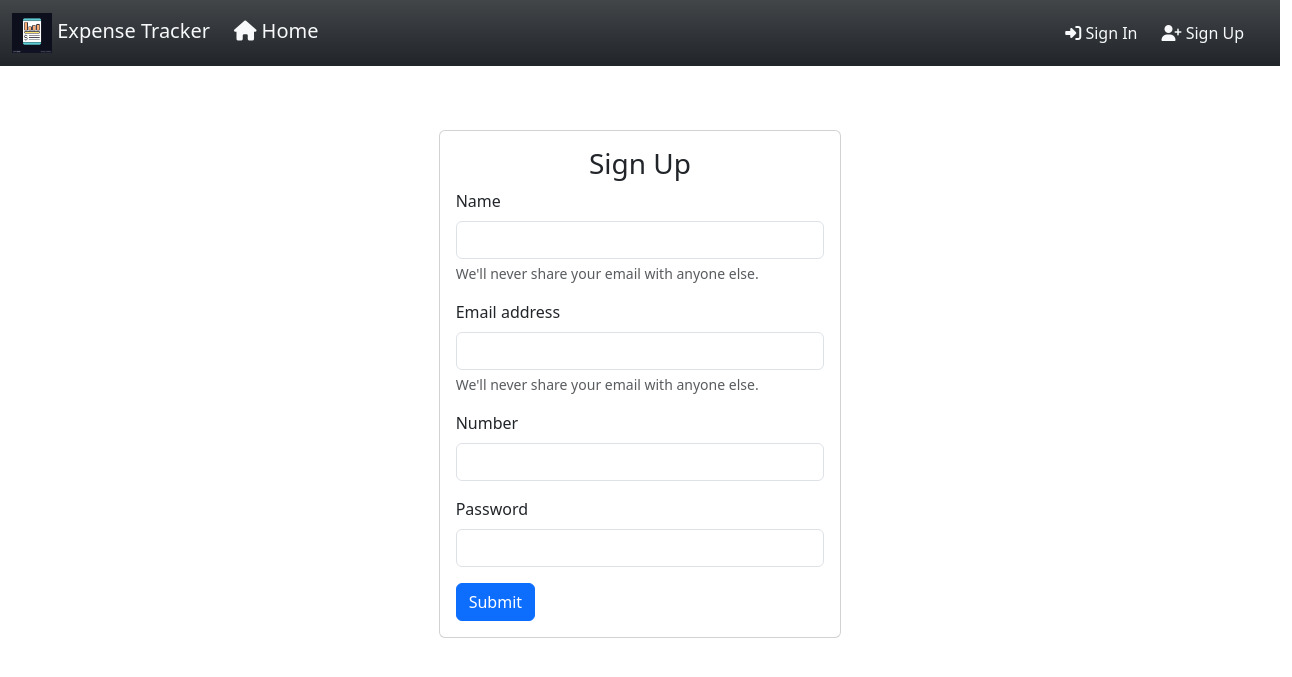
Repository: Gaurav560/OnlineExpenseTracker
Page: http://localhost/Online_Expense_Tracker/register.jsp
These files come from the project's save history. The page is drawn as it stood at one moment and after the next save; the edit follows.
The browser window is 1280 px wide. The page is 1292 px wide, so the pictures cover 1292 px, including what lies to the right of the window. The pictures show the whole page.
The page is served by Tomcat 9. Other server files are loaded and not shown.

Above is the page before, as saved 2023-05-04 14:40:51.

### Online_Expense_Tracker/src/main/webapp/register.jsp
<%@ page language="java" contentType="text/html; charset=ISO-8859-1"
	pageEncoding="ISO-8859-1"%>
<!DOCTYPE html>
<html>
<head>
<meta charset="ISO-8859-1">
<title>Insert title here</title>
<%@include file="component/all_css.jsp"%>
</head>
<body>
	<!-- NAVBAR starts here -->
	<%@include file="component/navbar.jsp"%>
	<!-- NAVBAR ends here  -->

	<div class="contaier">
		<div class="row">
			<div class="col-md-4 offset-md-4 p-3">
				<div class="card mt-5">
					<div class="card-body">
						<h3 class="card-title text-center">Sign Up</h3>

						<form>


							<div class="mb-3">
								<label for="exampleInputName1" class="form-label">Name </label>
								<input type="text" class="form-control" id="exampleInputName1"
									aria-describedby="nameHelp">
								<div id="emailHelp" class="form-text">We'll never share
									your email with anyone else.</div>
							</div>
							<div class="mb-3">
								<label for="exampleInputEmail1" class="form-label">Email
									address</label> <input type="email" class="form-control"
									id="exampleInputEmail1" aria-describedby="emailHelp">
								<div id="emailHelp" class="form-text">We'll never share
									your email with anyone else.</div>
							</div>

							<div class="mb-3">
								<label for="exampleInputnumber1" class="form-label">Number
								</label> <input type="number" class="form-control"
									id="exampleInputNumber1" aria-describedby="numberHelp">
								<div id="numberHelp" class="form-text"></div>
							</div>
							<div class="mb-3">
								<label for="exampleInputPassword1" class="form-label">Password</label>
								<input type="password" class="form-control"
									id="exampleInputPassword1">
							</div>
<div class=" text center"><button type="submit" class="btn btn-primary">Submit</button></div>

						</form>


					</div>
				</div>






			</div>







		</div>

	</div>



</body>
</html>

### Online_Expense_Tracker/src/main/webapp/component/all_css.jsp
<!--css cdn   -->
<link
	href="https://cdn.jsdelivr.net/npm/bootstrap@5.3.0-alpha3/dist/css/bootstrap.min.css"
	rel="stylesheet"
	integrity="sha384-KK94CHFLLe+nY2dmCWGMq91rCGa5gtU4mk92HdvYe+M/SXH301p5ILy+dN9+nJOZ"
	crossorigin="anonymous">



<!-- font awesome cdn  -->

<link rel="stylesheet"
	href="https://cdnjs.cloudflare.com/ajax/libs/font-awesome/6.4.0/css/all.min.css"
	integrity="sha512-iecdLmaskl7CVkqkXNQ/ZH/XLlvWZOJyj7Yy7tcenmpD1ypASozpmT/E0iPtmFIB46ZmdtAc9eNBvH0H/ZpiBw=="
	crossorigin="anonymous" referrerpolicy="no-referrer" />



<!--  js cdn -->
	<script
		src="https://cdn.jsdelivr.net/npm/bootstrap@5.3.0-alpha3/dist/js/bootstrap.bundle.min.js"
		integrity="sha384-ENjdO4Dr2bkBIFxQpeoTz1HIcje39Wm4jDKdf19U8gI4ddQ3GYNS7NTKfAdVQSZe"
		crossorigin="anonymous"></script>

### Online_Expense_Tracker/src/main/webapp/component/navbar.jsp
<!--Navbar starts here  -->


	<nav class="navbar navbar-expand-lg bg-dark  bg-gradient">
		<div class="container-fluid">
			<a class="navbar-brand text-light" href="#"><img
				src="img/expenseTracker.jpg" style="height: 40px; width: 40px;">
				Expense Tracker</a>
			<button class="navbar-toggler" type="button"
				data-bs-toggle="collapse" data-bs-target="#navbarSupportedContent"
				aria-controls="navbarSupportedContent" aria-expanded="false"
				aria-label="Toggle navigation">
				<span class="navbar-toggler-icon"></span>
			</button>
			<div class="collapse navbar-collapse" id="navbarSupportedContent">

				<ul class="navbar-nav me-auto mb-2 mb-lg-0">
					<li class="nav-item"><a class="nav-link active text-light fs-5 mb-1"
						aria-current="page" href="index.jsp"><i class="fa-solid fa-house"></i>
							Home</a></li>

				</ul>


				<ul class="navbar-nav ms-auto mb-2 mb-lg-0 me-3">

					<li class="nav-item me-2"><a class="nav-link active text-light"
						href="login.jsp"><i class="fa-solid fa-right-to-bracket"></i> Sign In</a></li>


					<li class="nav-item "><a class="nav-link active text-light "
						href="register.jsp"><i class="fa-solid fa-user-plus"></i> Sign Up</a></li>

				</ul>


			</div>
		</div>
	</nav>
	<!-- Navbar ends here  -->

After the next save:
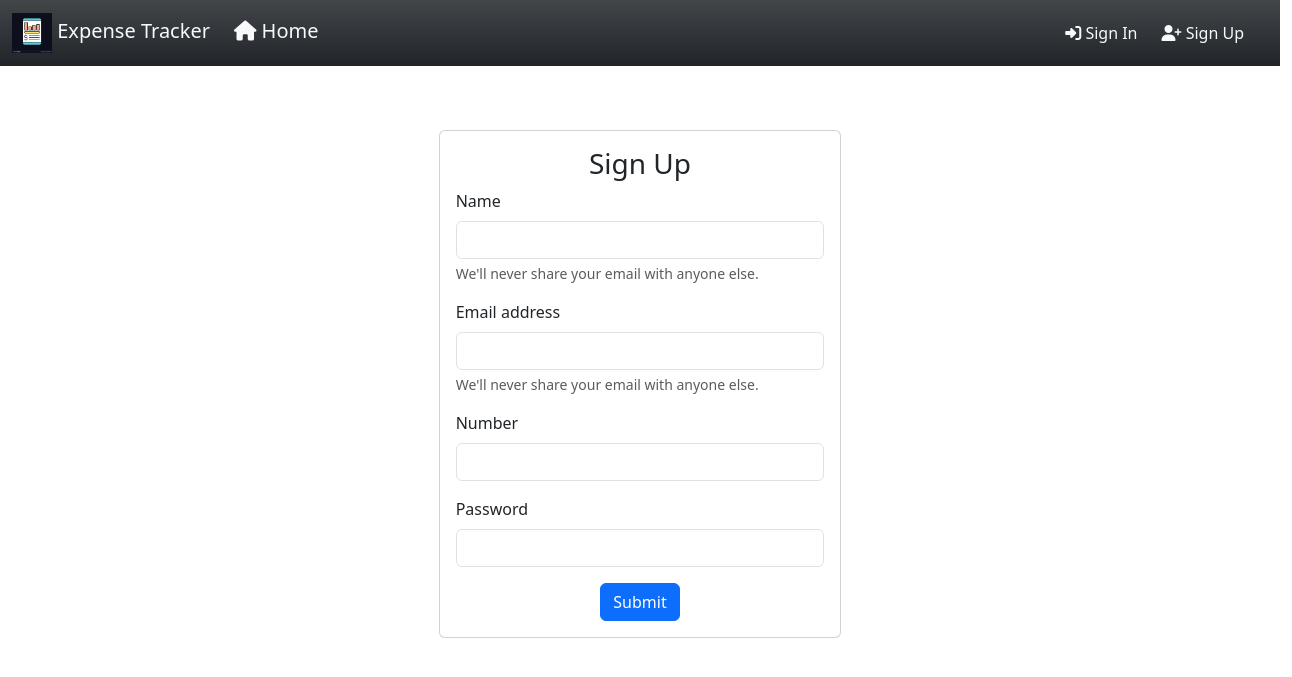
Saved 26 s later.
--- a/Online_Expense_Tracker/src/main/webapp/register.jsp
+++ b/Online_Expense_Tracker/src/main/webapp/register.jsp
@@ -48,7 +48,10 @@
 								<input type="password" class="form-control"
 									id="exampleInputPassword1">
 							</div>
-<div class=" text center"><button type="submit" class="btn btn-primary">Submit</button></div>
+<div class="text-center">
+
+<button type="submit" class="btn btn-primary">Submit</button>
+</div>
 
 						</form>
 
